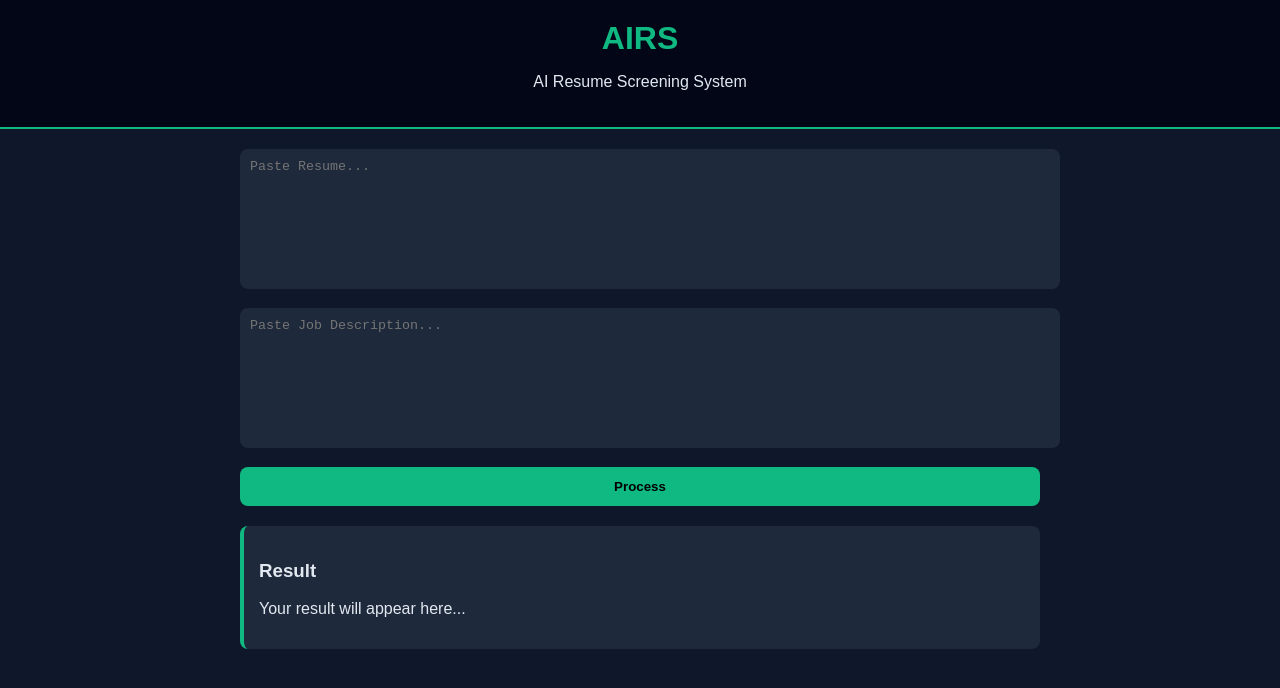
Repository: Sneha-kumari04/AIRS
Page: http://localhost/
An editor plug-in stored every save of this project. The page is shown before and after a run of saves, followed by the edit.
The browser window is 1280 px wide. The pictures show the whole page.
The page is served by the project's application, run on Flask 3 (app.py). Other server files are loaded and not shown.

Above is the page before, as saved 2026-04-25 20:03:31.

### templates/index.html
<!DOCTYPE html>
<html lang="en">
<head>
    <meta charset="UTF-8">
    <title>AIRS - AI Resume Screener</title>
    <link rel="icon" type="image/png" href="{{ url_for('static', filename='favicon.png') }}">
    <link rel="stylesheet" href="{{ url_for('static', filename='style.css') }}">

</head>
<body>

<header>
    <h1>AIRS</h1>
    <p>AI Resume Screening System</p>
</header>

<div class="container">

    <textarea id="resume" placeholder="Paste Resume..."></textarea>

    <textarea id="job" placeholder="Paste Job Description..."></textarea>

    <button onclick="analyze()">Process</button>

    <div id="result-box">
        <h3>Result</h3>
        <p id="result">Your result will appear here...</p>
    </div>

</div>

<script src="{{ url_for('static', filename='script.js') }}"></script>

</body>
</html>

### app.py
import json
from datetime import datetime
from flask import Flask, render_template, request, jsonify
from utils.ai_handler import analyze_resume

app = Flask(__name__)

# Home route (loads UI)
@app.route("/")
def home():
    return render_template("index.html")


@app.route("/analyze", methods=["POST"])
def analyze():
    data = request.get_json()

    resume = data.get("resume")
    job = data.get("job")

    if not resume or not job:
        return jsonify({"result": "Please provide both resume and job description."})

    result = analyze_resume(resume, job)

    entry = {
        "timestamp": datetime.now().strftime("%Y-%m-%d %H:%M:%S"),
        "resume": resume,
        "job": job,
        "result": result
    }

    try:
        with open("data.json", "r") as f:
            existing_data = json.load(f)
    except:
        existing_data = []

    existing_data.append(entry)

    with open("data.json", "w") as f:
        json.dump(existing_data, f, indent=4)

    return jsonify({"result": result})


if __name__ == "__main__":
    app.run(debug=True)

### static/style.css
body {
    margin: 0;
    font-family: Arial, sans-serif;
    background: #0f172a;
    color: #e2e8f0;
}

header {
    text-align: center;
    padding: 20px;
    background: #020617;
    border-bottom: 2px solid #10b981;
}

header h1 {
    margin: 0;
    color: #10b981;
}

.container {
    max-width: 800px;
    margin: auto;
    padding: 20px;
}

textarea {
    width: 100%;
    height: 120px;
    margin-bottom: 15px;
    padding: 10px;
    border-radius: 8px;
    border: none;
    background: #1e293b;
    color: white;
    resize: none;
}

button {
    width: 100%;
    padding: 12px;
    background: #10b981;
    border: none;
    border-radius: 8px;
    color: black;
    font-weight: bold;
    cursor: pointer;
}

button:hover {
    background: #059669;
}

#result-box {
    margin-top: 20px;
    padding: 15px;
    background: #1e293b;
    border-radius: 8px;
    border-left: 4px solid #10b981;
}

### static/script.js
async function analyze() {
    const file = document.getElementById("resumeFile").files[0];
    const job = document.getElementById("job").value;

    if (!file || !job) {
        alert("Upload resume and fill job description");
        return;
    }

    let formData = new FormData();
    formData.append("resume", file);
    formData.append("job", job);

    document.getElementById("result").innerText = "Analyzing...";

    const response = await fetch("/analyze", {
        method: "POST",
        body: formData
    });

    const data = await response.json();
    document.getElementById("result").innerText = data.result;
}

After the next 2 saves:
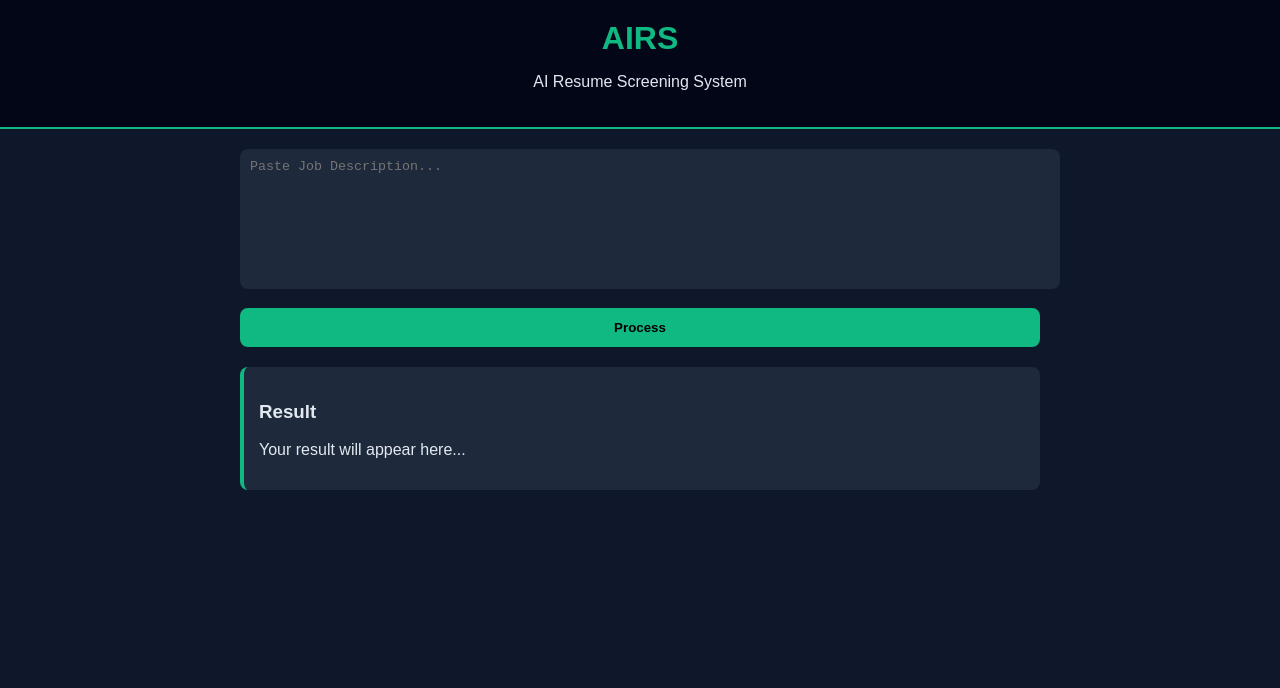
The 2 saves are shown as one change because they came seconds apart.
The last was saved 44 s later.
--- a/templates/index.html
+++ b/templates/index.html
@@ -16,7 +16,8 @@
 
 <div class="container">
 
-    <textarea id="resume" placeholder="Paste Resume..."></textarea>
+
+
 
     <textarea id="job" placeholder="Paste Job Description..."></textarea>
 
